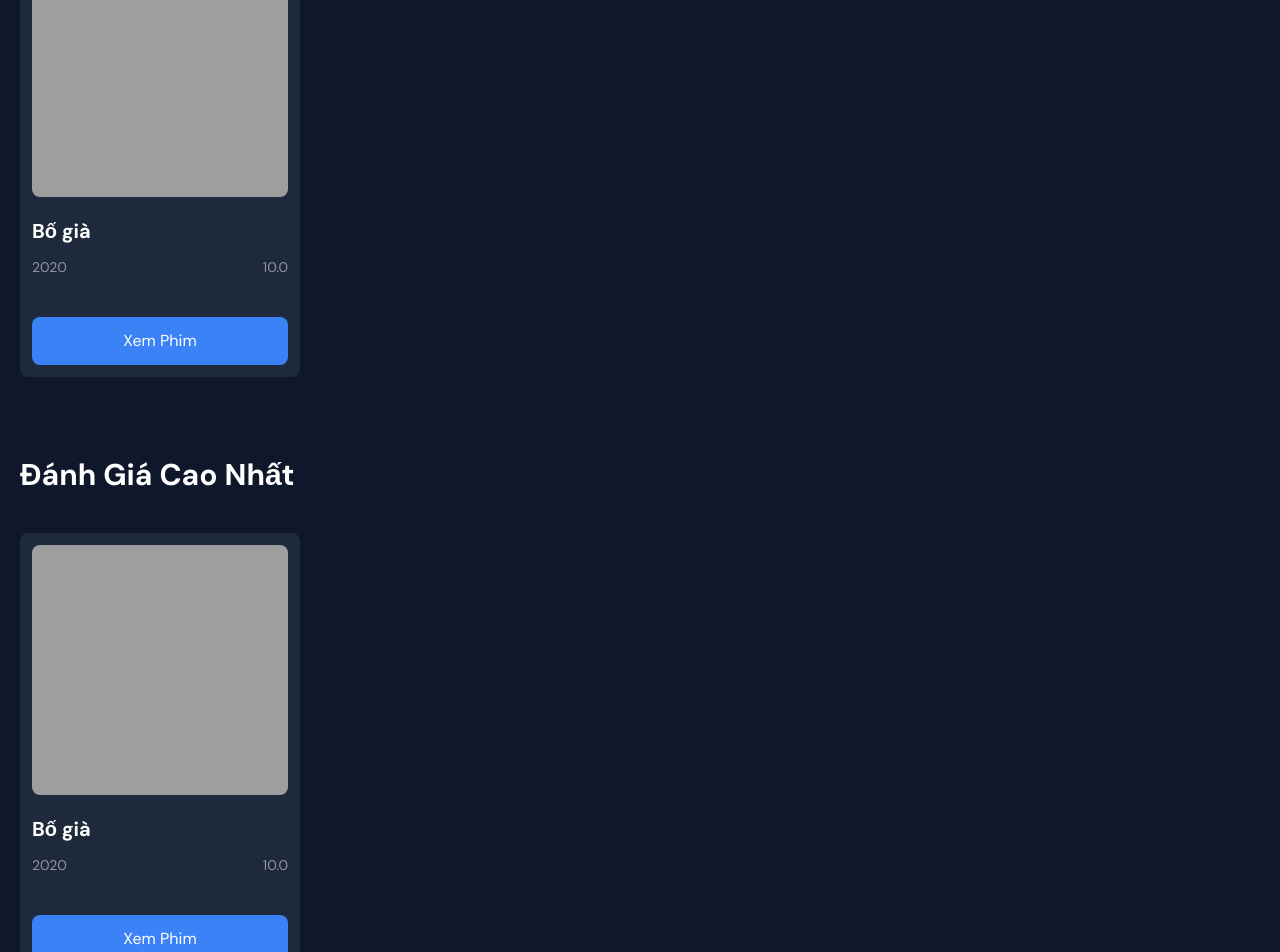
Repository: Nqvinh7603/FILM-FLOW
Page: /
An editor plug-in stored every save of this project. The page is shown before and after the next save, followed by the edit.
The browser window is 1280 px wide. The pictures show the part of the page from y = 1303 to 2255 px (the page is 2358 px tall).
Pictures or frames that could not be fetched are drawn as grey boxes. The project was rebuilt for these pictures with package versions that can differ from the ones it lists, and the page was loaded fresh each time. Also part of the build but not shown: vite.config.js.

Above is the page before, as saved 2024-01-05 12:37:06.

### index.html
<!doctype html>
<html lang="en">

<head>
  <meta charset="UTF-8" />
  <link rel="icon" type="image/svg+xml" href="/vite.svg" />
  <meta name="viewport" content="width=device-width, initial-scale=1.0" />
  <title>Vite + React</title>
  <link rel="preconnect" href="https://fonts.googleapis.com">
  <link rel="preconnect" href="https://fonts.gstatic.com" crossorigin>
  <link
    href="https://fonts.googleapis.com/css2?family=DM+Sans:opsz,wght@9..40,400;9..40,500;9..40,700&family=Roboto:wght@400;700&display=swap"
    rel="stylesheet">
</head>

<body>
  <div id="root"></div>
  <script type="module" src="/src/main.jsx"></script>
</body>

</html>

### src/main.jsx
import React from "react";
import ReactDOM from "react-dom/client";
import App from "./App.jsx";
import "./index.scss";
import { BrowserRouter } from "react-router-dom";

ReactDOM.createRoot(document.getElementById("root")).render(
  <React.StrictMode>
    <App />
  </React.StrictMode>
);

### src/App.jsx
import { Fragment } from "react";
import { NavLink } from "react-router-dom";
function App() {
  return (
    // eslint-disable-next-line react/jsx-no-undef
    <Fragment>
      <header className="header flex items-center justify-center gap-x-5 text-white py-10 mb-5">
        <span className="text-primary">Trang chủ</span>
        <span>Phim</span>
      </header>
      <section className="banner h-[400px] page-container mb-10">
        <div className="h-full w-full rounded-lg relative ">
          <div className="overlay absolute inset-0 bg-gradient-to-t from-[rgba(0,0,0,0.5)] to-[rgba(0,0,0,0.5)] rounded-lg  "></div>
          <img
            src="https://cdn.tuoitrethudo.com.vn/stores/news_dataimages/ngokhucquanganh/062021/14/08/2509_Poster_1.jpg?rt=20210614082516"
            alt=""
            className="w-full h-full object-cover rounded-lg"
          />
          <div className="absolute left-5 bottom-5 w-full text-white">
            <h2 className="font-bold text-3xl mb-5">Phim: ABCD</h2>
            <div className="flex items-center gap-x-3 mb-8">
              <span className="px-4 py-2 border border-white rounded-md">
                Abc
              </span>
              <span className="px-4 py-2 border border-white rounded-md">
                Bcd
              </span>
              <span className="px-4 py-2 border border-white rounded-md">
                Def
              </span>
            </div>
            <button className="py-3 px-6 rounded-lg bg-primary text-white font-medium">
              Xem phim
            </button>
          </div>
        </div>
      </section>
      <section className="movies-layout page-container pb-20">
        <h2 className="capitalize text-white mb-10 text-3xl font-bold ">
          Xem ngay
        </h2>
        <div className="movie-list grid grid-cols-4 gap-10">
          <div className=" text-white movie-card rounded-lg p-3 bg-slate-800">
            <img
              src="https://m.media-amazon.com/images/M/MV5BMGUzOWMyYjAtYTE3OS00Njc0LWJiMTEtMDNiNjA0MTI1N2E3XkEyXkFqcGdeQXVyMTA3MDk2NDg2._V1_.jpg"
              alt=""
              className="w-full h-[250px] object-cover rounded-lg mb-5"
            />
            <h3 className="text-xl font-bold mb-3">Bố già</h3>
            <div className="flex items-center justify-between text-sm opacity-50 mb-10">
              <span>2020</span>
              <span>10.0</span>
            </div>
            <button className="py-3 px-6 rounded-lg capitalize bg-primary w-full">
              Xem phim
            </button>
          </div>
        </div>
      </section>
      <section className="movies-layout page-container pb-20">
        <h2 className="capitalize text-white mb-10 text-3xl font-bold ">
          Đánh giá cao nhất
        </h2>
        <div className="movie-list grid grid-cols-4 gap-10">
          <div className=" text-white movie-card rounded-lg p-3 bg-slate-800">
            <img
              src="https://m.media-amazon.com/images/M/MV5BMGUzOWMyYjAtYTE3OS00Njc0LWJiMTEtMDNiNjA0MTI1N2E3XkEyXkFqcGdeQXVyMTA3MDk2NDg2._V1_.jpg"
              alt=""
              className="w-full h-[250px] object-cover rounded-lg mb-5"
            />
            <h3 className="text-xl font-bold mb-3">Bố già</h3>
            <div className="flex items-center justify-between text-sm opacity-50 mb-10">
              <span>2020</span>
              <span>10.0</span>
            </div>
            <button className="py-3 px-6 rounded-lg capitalize bg-primary w-full">
              Xem phim
            </button>
          </div>
        </div>
      </section>
      <section className="movies-layout page-container pb-20">
        <h2 className="capitalize text-white mb-10 text-3xl font-bold ">
          Đánh giá cao nhất
        </h2>
        <div className="movie-list grid grid-cols-4 gap-10">
          <div className=" text-white movie-card rounded-lg p-3 bg-slate-800">
            <img
              src="https://m.media-amazon.com/images/M/MV5BMGUzOWMyYjAtYTE3OS00Njc0LWJiMTEtMDNiNjA0MTI1N2E3XkEyXkFqcGdeQXVyMTA3MDk2NDg2._V1_.jpg"
              alt=""
              className="w-full h-[250px] object-cover rounded-lg mb-5"
            />
            <h3 className="text-xl font-bold mb-3">Bố già</h3>
            <div className="flex items-center justify-between text-sm opacity-50 mb-10">
              <span>2020</span>
              <span>10.0</span>
            </div>
            <button className="py-3 px-6 rounded-lg capitalize bg-primary w-full">
              Xem phim
            </button>
          </div>
        </div>
      </section>
    </Fragment>
  );
}

export default App;

### src/index.scss
@tailwind base;
@tailwind components;
@tailwind utilities;
@layer base {
  body {
    @apply bg-slate-900 font-body px-5;
  }
}
@layer components {
  .page-container {
    max-width: 1280px;
    @apply mx-auto;
  }
}

### tailwind.config.js
/** @type {import('tailwindcss').Config} */
export default {
  content: ["./index.html", "./src/**/*.{js,ts,jsx,tsx}"],
  theme: {
    extend: {
      fontFamily: {
        body: ["DM Sans", "sans-serif"],
      },
      colors: {
        primary: "#3B82F6",
      },
    },
  },
  plugins: [],
};

After the next save:
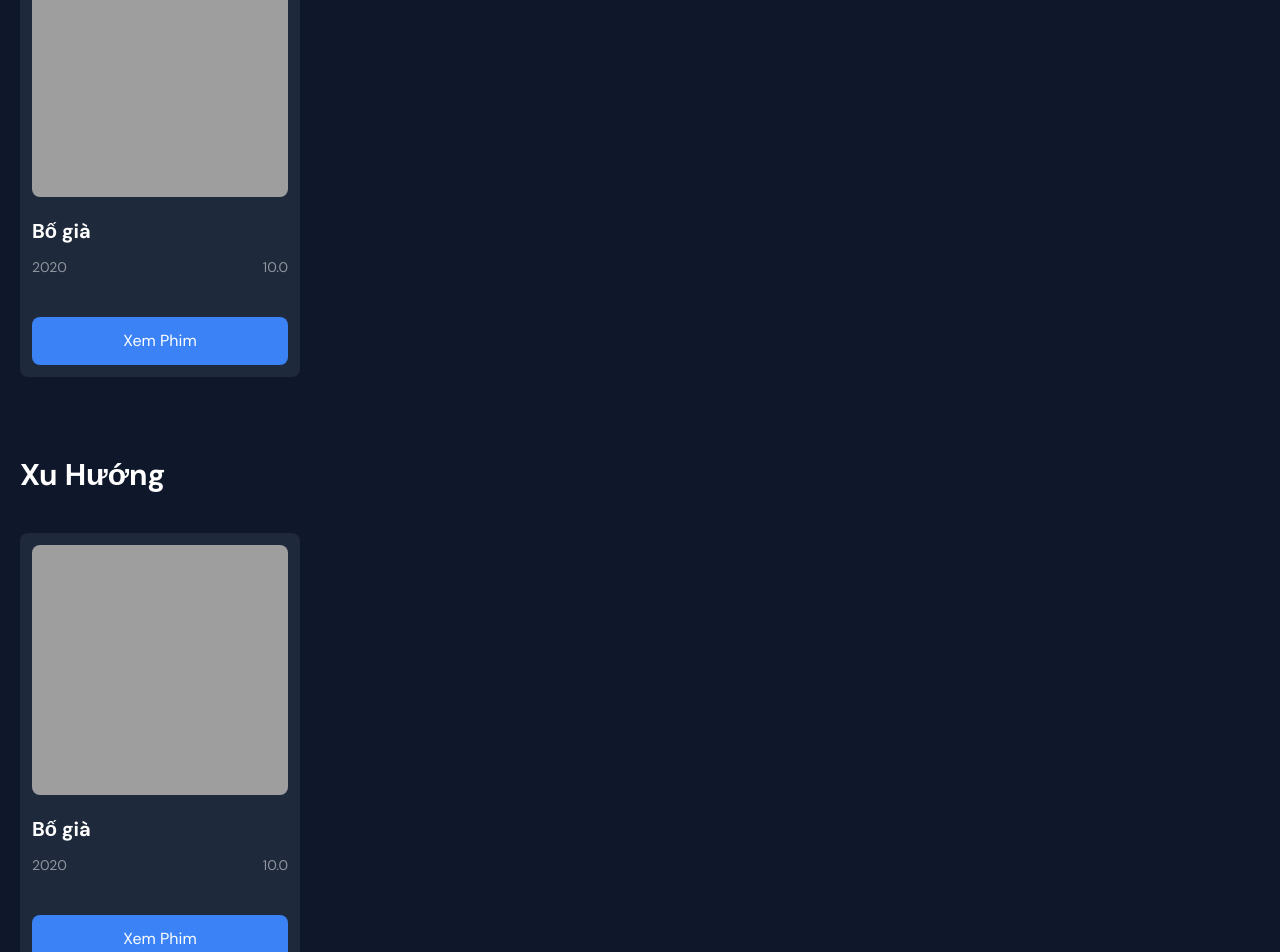
Saved 18 s later.
--- a/src/App.jsx
+++ b/src/App.jsx
@@ -81,7 +81,7 @@ function App() {
       </section>
       <section className="movies-layout page-container pb-20">
         <h2 className="capitalize text-white mb-10 text-3xl font-bold ">
-          Đánh giá cao nhất
+          Xu hướng
         </h2>
         <div className="movie-list grid grid-cols-4 gap-10">
           <div className=" text-white movie-card rounded-lg p-3 bg-slate-800">
